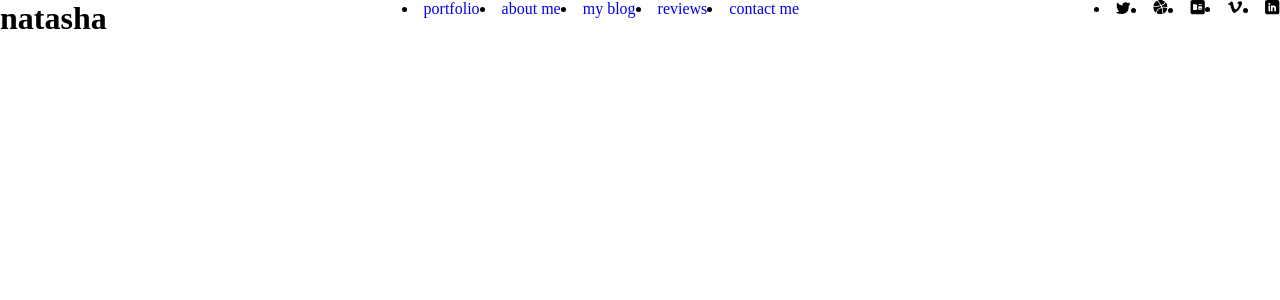
Repository: BuduCE/landing-page
Page: natasha-lp/index.html
An editor plug-in stored every save of this project. The page is shown before and after a run of saves, followed by the edit.
The browser window is 1280 px wide. The pictures show the whole page.

Above is the page before, as saved 2022-03-04 18:10:18.

### natasha-lp/index.html
<!DOCTYPE html>
<html lang="en">

<head>
    <meta charset="UTF-8">
    <meta http-equiv="X-UA-Compatible" content="IE=edge">
    <meta name="viewport" content="width=device-width, initial-scale=1.0">
    <title>Natasha</title>

    <!--CSS-->
    <link rel="stylesheet" href="./assets/css/style.css">
</head>

<body>
    <!--Navbar menu-->
    <header>
        <div class="logo">
            <h1>natasha</h1>
        </div>

        <nav>
            <li><a href="#">portfolio</a></li>
            <li><a href="#">about me</a></li>
            <li><a href="#">my blog</a></li>
            <li><a href="#">reviews</a></li>
            <li><a href="#">contact me</a></li>
        </nav>

        <nav>
            <li><a href="">
                <svg width="15" height="12" viewBox="0 0 15 12" fill="none"
                        xmlns="http://www.w3.org/2000/svg">
                        <path
                            d="M5.32379 11.9894C4.70669 11.9894 4.07153 11.9394 3.43255 11.8393C2.30713 11.6627 1.16788 11.074 0.845509 10.8977L0 10.4354L0.915405 10.1344C1.91606 9.80538 2.52477 9.60125 3.27828 9.28159C2.52379 8.91621 1.9423 8.25895 1.66238 7.4093L1.44943 6.76281L1.62406 6.78948C1.45846 6.62258 1.32771 6.45317 1.22635 6.29911C0.865868 5.75159 0.675013 5.08256 0.715623 4.50923L0.755688 3.94494L1.09352 4.07581C0.951007 3.80667 0.848013 3.51925 0.787479 3.21799C0.639956 2.48331 0.763418 1.7028 1.13522 1.02027L1.4295 0.480042L1.82308 0.952771C3.06783 2.44804 4.64442 3.33503 6.51562 3.5947C6.43919 3.06786 6.49646 2.55942 6.68601 2.10367C6.90669 1.57302 7.29929 1.12305 7.82101 0.802307C8.40043 0.446182 9.1031 0.273618 9.79956 0.316405C10.5385 0.361805 11.2094 0.638671 11.7422 1.11761C12.0024 1.04999 12.1941 0.977812 12.4532 0.880261C12.6091 0.821578 12.7859 0.754948 13.0072 0.678736L13.8224 0.397842L13.2908 1.91619C13.3259 1.91325 13.362 1.91075 13.3998 1.90912L14.2703 1.8697L13.7558 2.57292C13.7263 2.6132 13.7188 2.62463 13.7083 2.64042C13.6668 2.70291 13.6152 2.78065 12.909 3.72371C12.7322 3.95986 12.6439 4.26742 12.6603 4.58991C12.7229 5.81539 12.5726 6.92416 12.2132 7.88529C11.8733 8.7946 11.3465 9.57479 10.6478 10.2042C9.78312 10.9829 8.68056 11.516 7.3706 11.7886C6.72803 11.9223 6.03799 11.9894 5.32379 11.9894Z"
                            fill="black" />
                    </svg>
                </a></li>
            <li><a href="">
                <svg width="15" height="15" viewBox="0 0 15 15" fill="none" xmlns="http://www.w3.org/2000/svg">
                <g clip-path="url(#clip0_1_411)">
                <path d="M11.2078 3.20502C11.6444 2.71846 11.8989 2.20904 11.9882 1.68612C10.7537 0.65237 9.16565 0 7.43325 0C6.53875 0 5.68572 0.173109 4.89661 0.475995C6.218 1.7999 7.32307 3.36746 8.18742 5.05957C9.46102 4.59904 10.5225 3.96898 11.2078 3.20502Z" fill="black"/>
                <path d="M11.83 3.76354C11.063 4.61842 9.92291 5.31369 8.56079 5.81897C8.73009 6.19023 8.88567 6.56921 9.0321 6.9531C9.73162 6.80264 10.4566 6.71706 11.196 6.71706C12.3599 6.71706 13.4907 6.91456 14.5334 7.27754C14.5344 7.22975 14.5406 7.18326 14.5406 7.13514C14.5406 5.29463 13.8314 3.6207 12.6795 2.35712C12.5095 2.84683 12.2274 3.32076 11.83 3.76354Z" fill="black"/>
                <path d="M0.433258 5.63324C1.32199 5.79034 2.30664 5.88092 3.25254 5.88092C4.71885 5.88092 6.12734 5.67276 7.38266 5.31522C6.51766 3.65326 5.40562 2.1237 4.07834 0.844543C2.27202 1.81602 0.878333 3.57389 0.433258 5.63324Z" fill="black"/>
                <path d="M14.4613 8.13842C13.4527 7.75878 12.3426 7.55322 11.196 7.55322C10.5532 7.55322 9.92193 7.62062 9.31311 7.74364C9.93119 9.59722 10.2888 11.6007 10.3499 13.6372C12.5243 12.6535 14.1138 10.5815 14.4613 8.13842Z" fill="black"/>
                <path d="M0.270294 7.13516C0.270294 9.33397 1.33018 11.3302 2.9034 12.6348C3.07009 11.5259 3.57003 10.435 4.3843 9.522C5.35284 8.43609 6.69688 7.62292 8.21893 7.15879C8.07729 6.79341 7.92258 6.43522 7.75927 6.08203C6.39922 6.48541 4.86737 6.71709 3.25256 6.71709C2.26464 6.71709 1.23655 6.6227 0.304589 6.45895C0.283468 6.68182 0.270294 6.90697 0.270294 7.13516V7.13516Z" fill="black"/>
                <path d="M5.00854 10.0784C4.18601 11.0008 3.74039 12.0826 3.68323 13.1893C4.77338 13.87 6.05602 14.2703 7.43327 14.2703C8.15738 14.2703 8.85603 14.1601 9.51482 13.9579C9.48281 11.8762 9.13333 9.82941 8.49794 7.94547C7.10708 8.36256 5.88367 9.09713 5.00854 10.0784Z" fill="black"/>
                </g>
                <defs>
                <clipPath id="clip0_1_411">
                <rect width="14.2703" height="14.2703" fill="white" transform="translate(0.270264)"/>
                </clipPath>
                </defs>
                </svg>
                </a></li>
            <li><a href="">
                <svg width="15" height="15" viewBox="0 0 15 15" fill="none" xmlns="http://www.w3.org/2000/svg">
                <path d="M12.6926 0H2.6309C1.47836 0 0.540527 0.937837 0.540527 2.09037V12.1799C0.540527 13.3324 1.47836 14.2703 2.6309 14.2703H12.6926C13.8451 14.2703 14.8108 13.3324 14.8108 12.1799V2.09037C14.8108 0.937837 13.8451 0 12.6926 0ZM8.51181 4.20861H11.8564V5.04476H8.51181V4.20861ZM7.25759 8.38936C7.25759 9.31163 6.50756 10.0617 5.58529 10.0617H3.07684V4.20861H5.58529C6.50756 4.20861 7.25759 4.95864 7.25759 5.88091C7.25759 6.38282 7.03091 6.82844 6.6798 7.13514C7.03091 7.44183 7.25759 7.88745 7.25759 8.38936ZM12.2745 8.38936H9.00131C9.17398 8.87602 9.63909 9.22551 10.1841 9.22551C10.6304 9.22551 11.0468 8.98501 11.2709 8.59796L11.9943 9.0169C11.6217 9.66111 10.9279 10.0617 10.1841 10.0617C9.03157 10.0617 8.09374 9.12382 8.09374 7.97128C8.09374 6.81875 9.03157 5.88091 10.1841 5.88091C11.3366 5.88091 12.2745 6.81875 12.2745 7.97128V8.38936Z" fill="black"/>
                </svg></a></li>
            <li><a href="">
                <svg width="16" height="13" viewBox="0 0 16 13" fill="none" xmlns="http://www.w3.org/2000/svg">
                    <path d="M0.810791 3.15084L1.0048 3.873L1.0195 3.86318C1.41515 3.6005 1.72805 3.39302 2.0796 3.39302C2.39371 3.39302 2.69431 3.5621 2.91815 3.89514C4.13612 5.70587 5.07809 12.0026 7.35725 12.0026C9.60669 12.0026 15.256 5.13731 15.0769 2.03947C14.9879 0.500584 13.8877 0.27063 13.2396 0.27063C11.9917 0.27063 10.7478 1.04274 10.12 2.51945C11.1915 2.34731 11.9507 2.94903 11.8691 4.05103C11.7748 5.30269 9.6792 8.53689 8.70402 8.53689C7.03695 8.53689 6.25698 2.90496 5.69922 1.19536C5.55953 0.76861 5.15561 0.503421 4.64434 0.503421C4.28136 0.503421 3.90563 0.642942 3.58587 0.896678C2.84912 1.48095 2.098 2.08201 1.36899 2.6881L0.810791 3.15084Z" fill="black"/>
                    </svg>
            </a></li>
            <li><a href="">
                <svg width="15" height="15" viewBox="0 0 15 15" fill="none" xmlns="http://www.w3.org/2000/svg">
                    <path d="M12.261 0H2.17143C1.01889 0 0.0810547 0.937837 0.0810547 2.09037V12.1799C0.0810547 13.3324 1.01889 14.2703 2.17143 14.2703H12.261C13.4135 14.2703 14.3513 13.3324 14.3513 12.1799V2.09037C14.3513 0.937837 13.4135 0 12.261 0ZM5.12582 11.3159H3.45352V5.46284H5.12582V11.3159ZM5.12582 4.62669H3.45352V2.95439H5.12582V4.62669ZM10.9789 11.3159H9.30656V7.97128C9.30656 7.51031 8.93138 7.13514 8.47041 7.13514C8.00944 7.13514 7.63426 7.51031 7.63426 7.97128V11.3159H5.96197V5.46284H7.63426V5.77803C8.07237 5.64183 8.35697 5.46284 8.88849 5.46284C10.0226 5.46404 10.9789 6.48146 10.9789 7.68386V11.3159Z" fill="black"/>
                    </svg>
            </a></li>
        </nav>
    </header>
</body>

</html>

### natasha-lp/assets/css/style.css
/*Reset*/
* {
    margin: 0;
    padding: 0;
    box-sizing: border-box;
}
header, nav {
    display: flex;
    justify-content: space-between;
}
nav {
    display: flex;
    justify-content: space-between;
    color: black;
}
nav li a {
    text-decoration: none;
}

After the next 3 saves:
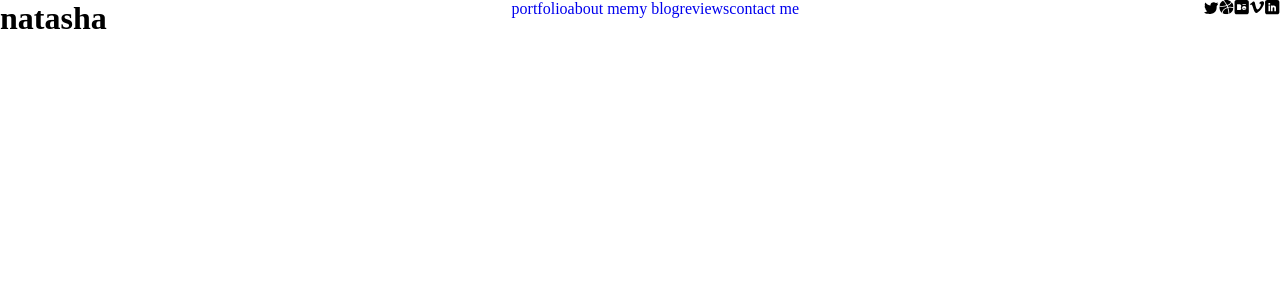
The 3 saves are shown as one change because they came seconds apart.
The last was saved 34 s later.
--- a/natasha-lp/assets/css/style.css
+++ b/natasha-lp/assets/css/style.css
@@ -13,6 +13,9 @@
     justify-content: space-between;
     color: black;
 }
+nav li {
+    list-style: none;
+}
 nav li a {
     text-decoration: none;
 }
